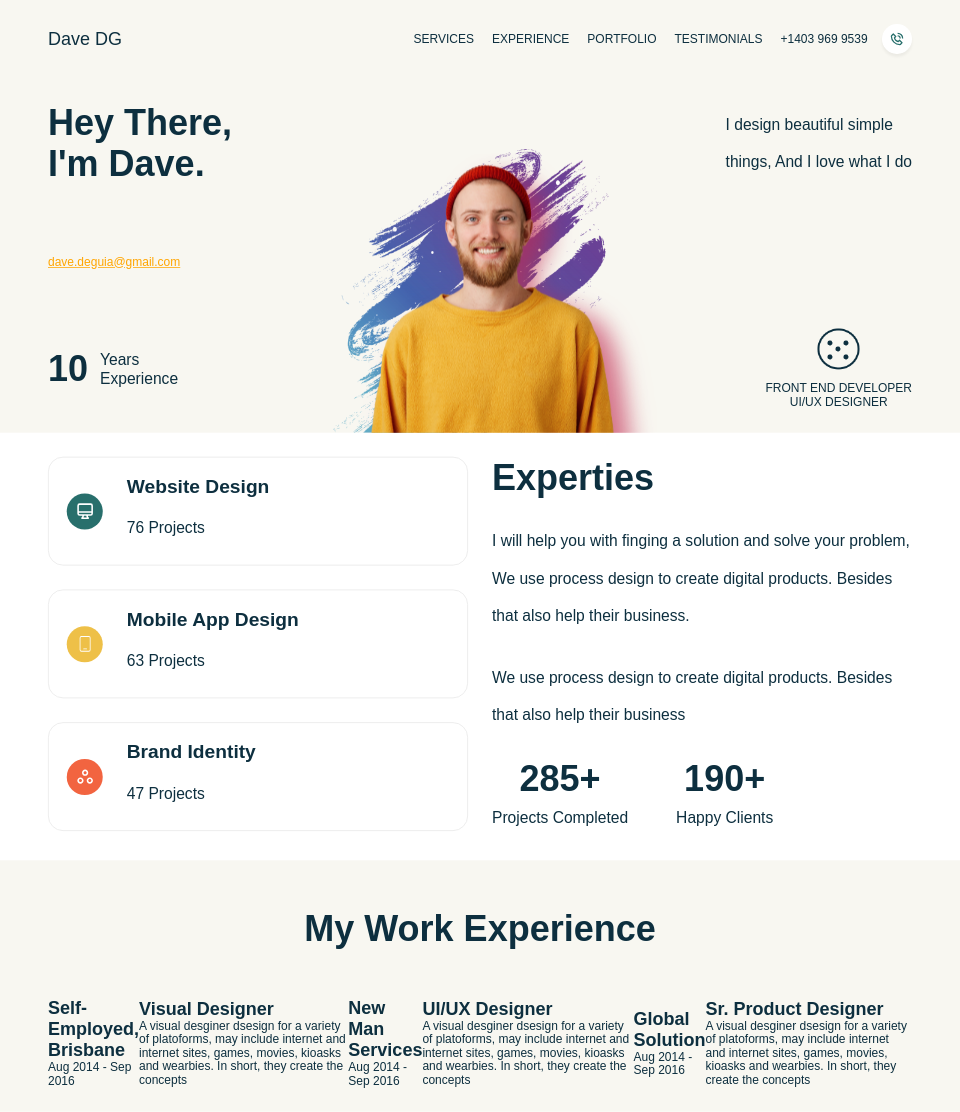
Repository: davedeguia/framer-motion-portfolio
Page: /
An editor plug-in stored every save of this project. The page is shown before and after the next save, followed by the edit.
The browser window is 1280 px wide. The pictures show the whole page, at 75% of full size.
Some web fonts or font styles are not loaded; a fallback is used. The project was rebuilt for these pictures with package versions that can differ from the ones it lists, and the page was loaded fresh each time. Also part of the build but not shown: vite.config.js.

Above is the page before, as saved 2023-02-10 17:28:47.

After the next save:
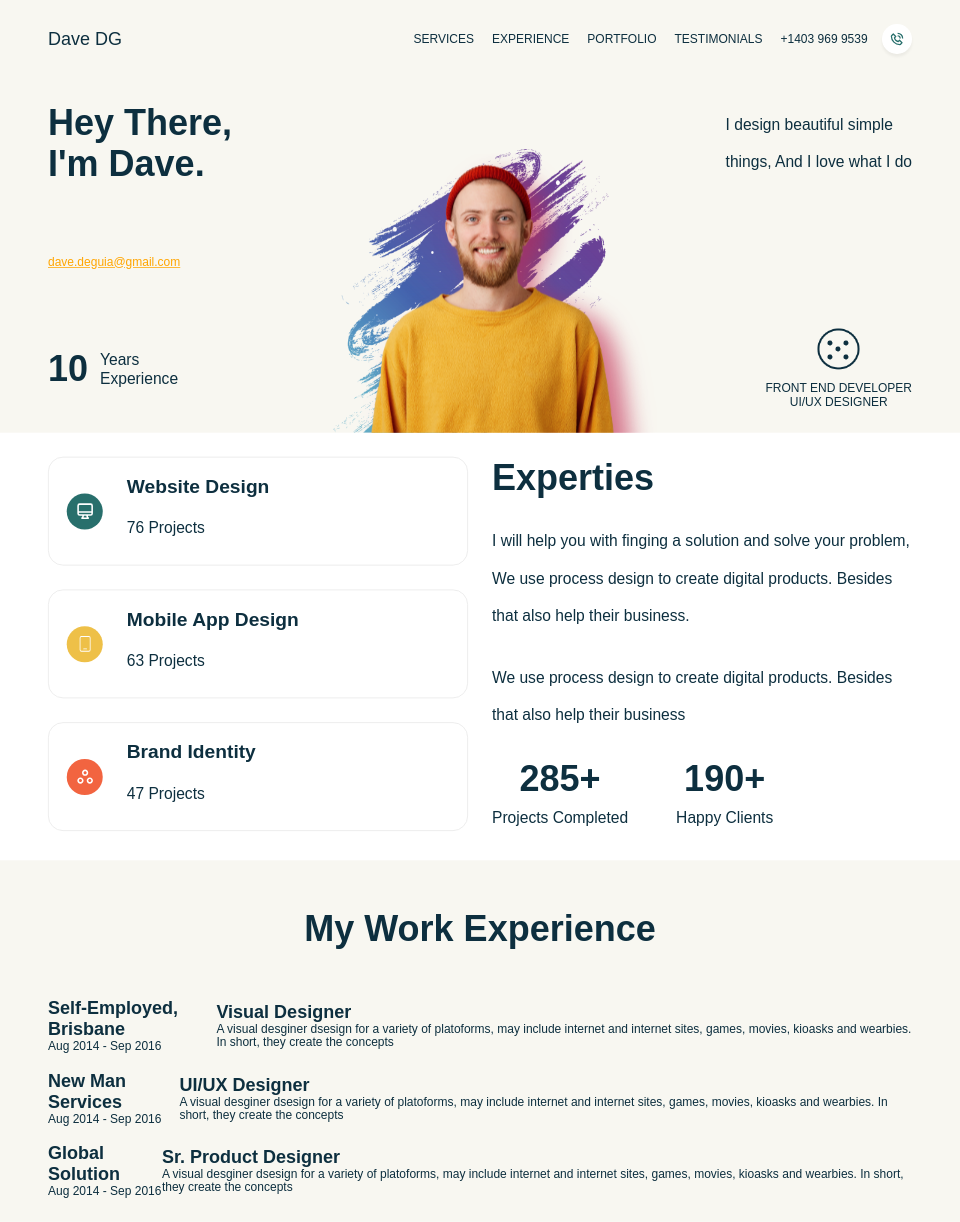
Saved 34 s later.
--- a/src/components/Works/Works.module.scss
+++ b/src/components/Works/Works.module.scss
@@ -6,7 +6,14 @@
         gap: 2rem;
 
         .experiences {
+            width: 100%;
+            flex-direction: column;
+            gap: 1.4rem;
+            position: relative;
 
+            .exp {
+
+            }
         }
     }
 }
